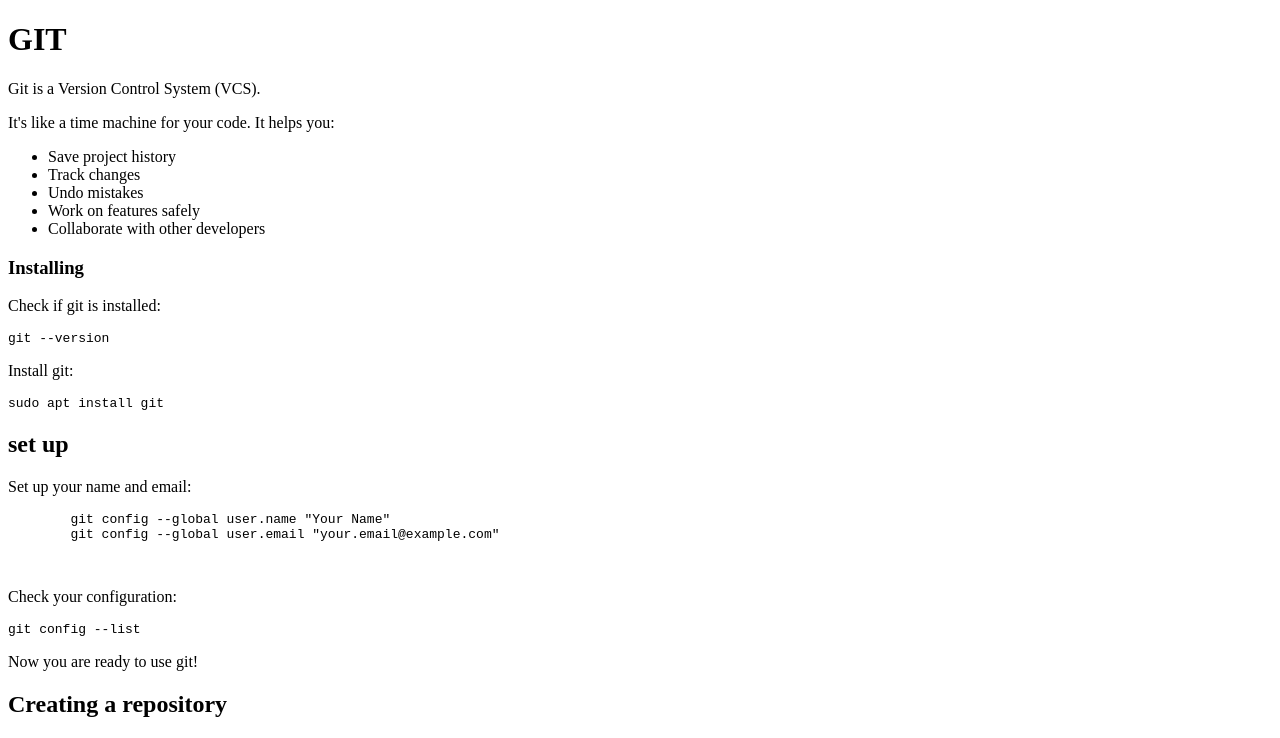
Repository: brownsonjoy1811/GitandGithub
Page: git.html
These files come from the project's save history. The page is drawn as it stood at one moment and after a run of saves; the edit follows.
The browser window is 1280 px wide. The pictures show the whole page.

Above is the page before, as saved 2026-06-16 12:22:18.

### git.html
<!DOCTYPE html>
<html lang="en">
<head>
    <meta charset="UTF-8">
    <meta name="viewport" content="width=device-width, initial-scale=1.0">
    <title>Document</title>
</head>
<body>
    <h1>GIT</h1>
    <p>Git is a Version Control System (VCS).</p>
    <p>It's like a time machine for your code.  It helps you:</p>
    <ul>
        <li>Save project history</li>
        <li>Track changes</li>
        <li>Undo mistakes</li>
        <li>Work on features safely</li>
        <li>Collaborate with other developers</li>
    </ul>

    <h3>Installing</h3>
    <p>Check if git is installed:</p>
    <pre><code>git --version</code></pre>
    <p>Install git:</p>
    <pre><code>sudo apt install git</code></pre>


    <h2>set up</h2>
    <p>Set up your name and email:</p>
    <pre>
        <code>git config --global user.name "Your Name"
        git config --global user.email "your.email@example.com"
        </code>
    </pre>

    <p>Check your configuration:</p>
    <pre><code>git config --list</code></pre>

    <p>Now you are ready to use git!</p>

    <h2>Creating a repository</h2>
</body>
</html>

After the next 2 saves:
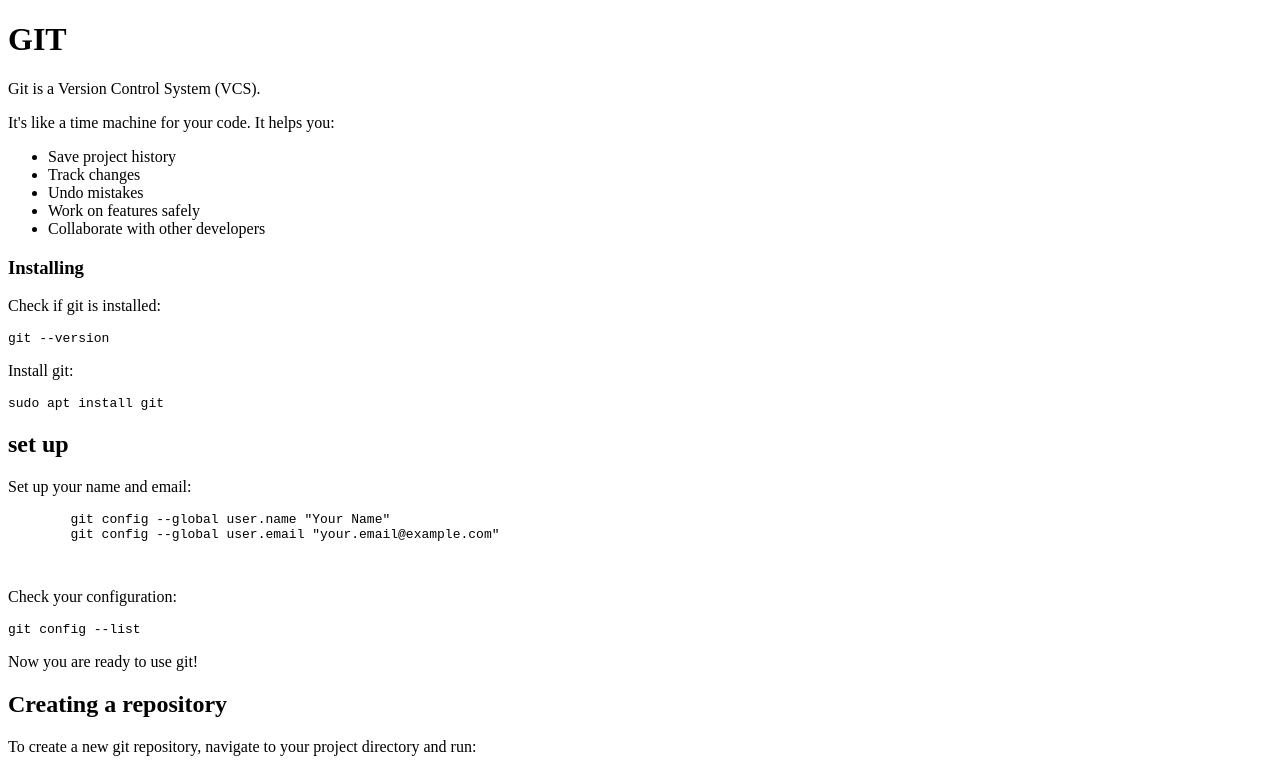
The 2 saves are shown as one change because they came seconds apart.
The last was saved 20 s later.
--- a/git.html
+++ b/git.html
@@ -38,5 +38,6 @@
     <p>Now you are ready to use git!</p>
 
     <h2>Creating a repository</h2>
+    <p>To create a new git repository, navigate to your project directory and run:</p>
 </body>
 </html>

After the save that followed:
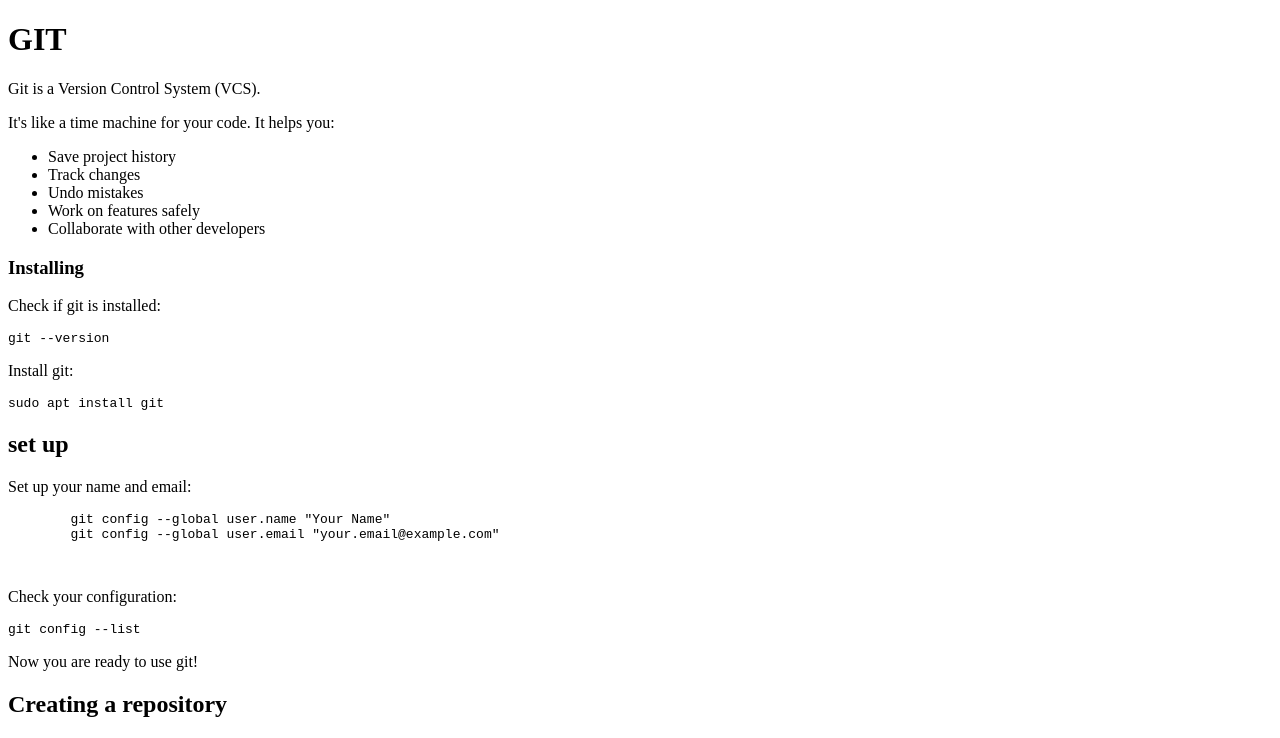
Saved 15 s later.
--- a/git.html
+++ b/git.html
@@ -38,6 +38,6 @@
     <p>Now you are ready to use git!</p>
 
     <h2>Creating a repository</h2>
-    <p>To create a new git repository, navigate to your project directory and run:</p>
+
 </body>
 </html>
